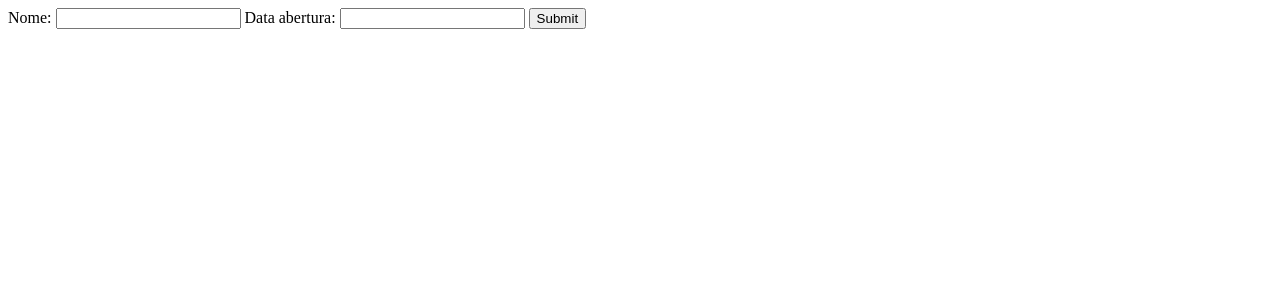
Repository: CauaneTemporin/API_CRUD_JAVA_Servlet_JSP
Page: http://localhost/gerenciador/mostrarFornecedor?id=1
These files come from the project's save history. The page is drawn as it stood at one moment and after the next save; the edit follows.
The browser window is 1280 px wide. The pictures show the whole page.
The page is served by Tomcat 9.

Above is the page before, as saved 2023-05-15 13:48:01.

After the next save:
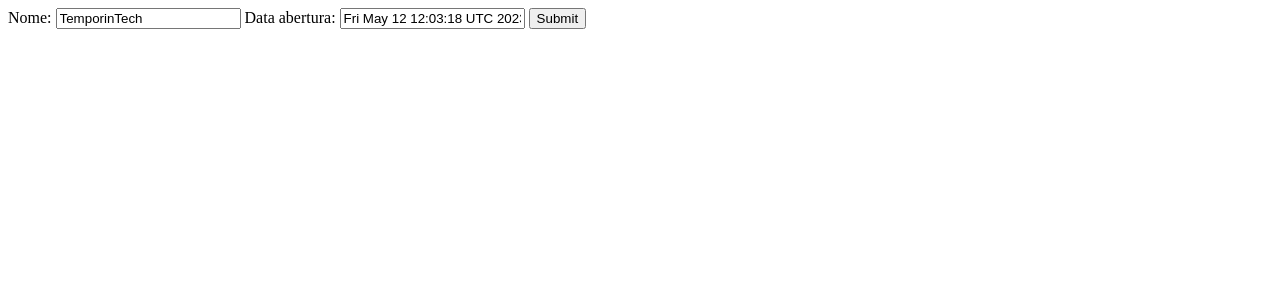
Saved 59 s later.
--- a/gerenciador/src/main/webapp/formAlterarEmpresa.jsp
+++ b/gerenciador/src/main/webapp/formAlterarEmpresa.jsp
@@ -11,9 +11,9 @@
 	</head>
 
 	<body>
-		<form action="${linknovoFornecedor }" method="post" value ="${ fornecedor.nome_fornecedor }">
-			Nome: <input type="text" name="nome"/>
-			Data abertura: <input type="text" name="data"/>
+		<form action="${linknovoFornecedor }" method="post">
+			Nome: <input type="text" name="nome" value ="${ fornecedor.nome_fornecedor }"/>
+			Data abertura: <input type="text" name="data" value ="${ fornecedor.dataAbertura }"/>
 
 			<input type="submit" />
 		</form>
